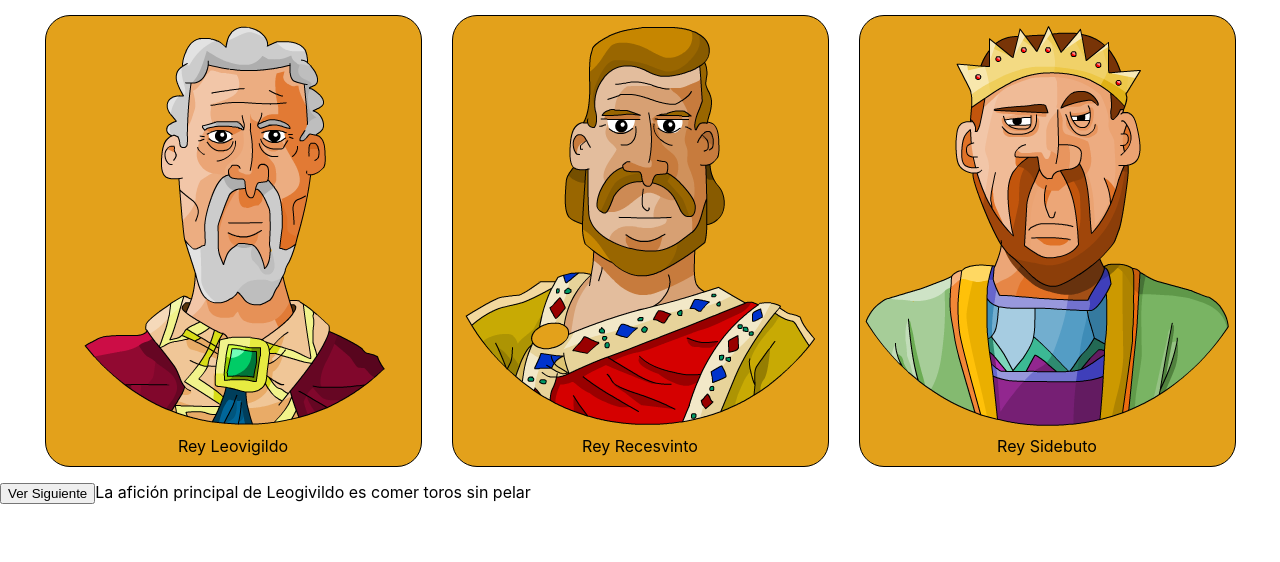
Repository: abgdev1997/ejercicios-react
Page: /
An editor plug-in stored every save of this project. The page is shown before and after the next save, followed by the edit.
The browser window is 1280 px wide. The pictures show the whole page.
The project was rebuilt for these pictures with package versions that can differ from the ones it lists, and the page was loaded fresh each time.

Above is the page before, as saved 2022-02-22 13:24:16.

After the next save:
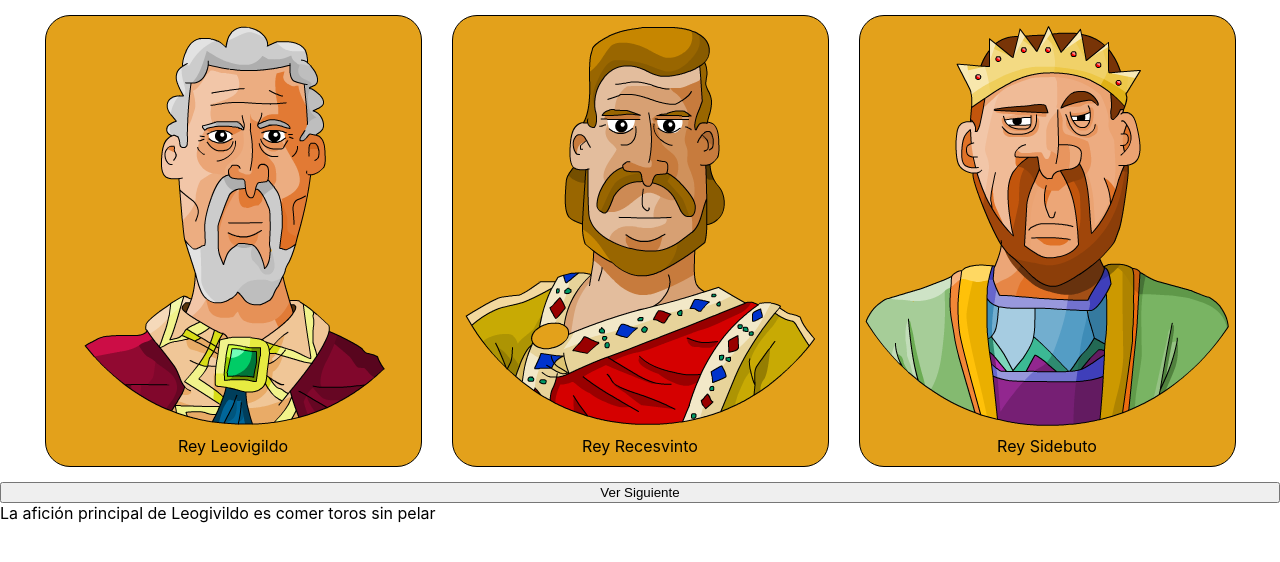
Saved 44 s later.
--- a/src/App.css
+++ b/src/App.css
@@ -7,6 +7,12 @@
 .cards-container {
   display: flex;
   flex-direction: row;
+  justify-content: center;
+}
+
+.mensaje-container {
+  display: flex;
+  flex-direction: column;
   justify-content: center;
 }
 
